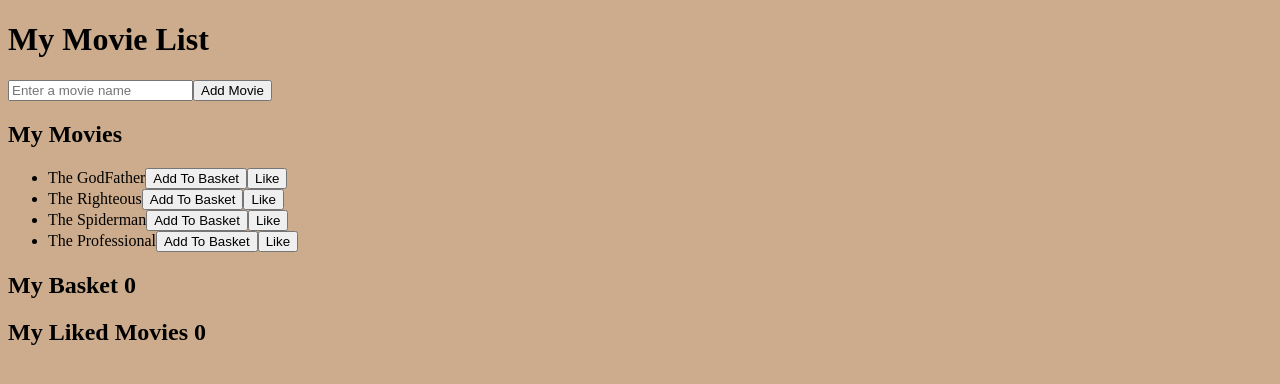
Repository: sinchana-p-iVoyant/redux-movie-store
Page: /
These files come from the project's save history. The page is drawn as it stood at one moment and after the next save; the edit follows.
The browser window is 1280 px wide. The pictures show the whole page.
The project was rebuilt for these pictures with package versions that can differ from the ones it lists, and the page was loaded fresh each time. Also part of the build but not shown: vite.config.ts.

Above is the page before, as saved 2024-02-15 12:06:50.

### index.html
<!doctype html>
<html lang="en">
  <head>
    <meta charset="UTF-8" />
    <link rel="icon" type="image/svg+xml" href="/vite.svg" />
    <meta name="viewport" content="width=device-width, initial-scale=1.0" />
    <title>Redux Movie Store</title>
  </head>
  <body>
    <div id="root"></div>
    <script type="module" src="/src/main.tsx"></script>
  </body>
</html>

### src/main.tsx
import React from 'react'
import ReactDOM from 'react-dom/client'
import App from './App.tsx'
// import './index.css'
import store from './store/index';
import { Provider } from 'react-redux'


ReactDOM.createRoot(document.getElementById('root')!).render(
  <React.StrictMode>
    <Provider store={store}>
      <App />
    </Provider>
  </React.StrictMode>,
)

### src/App.tsx
import { useState } from "react";
// import './App.css'
import { useSelector, useDispatch } from "react-redux";
import {Movie} from './store/index'
import {Card, CardComponent, CardActions, Button, Typography} from '@mui/material'
import { Favorite, FavoriteBorder, AddShoppingCart, RemoveShoppingCart } from "@mui/icons-material";
import './App.css'

const App = () => {
  const [movieTitle, setMovieTitle] = useState("");

  // 🔥 a. To Trigger from UI.
  const dispatch = useDispatch();

  // 🔥 b. To update the UI, based on state updates in the store.

  // movies state (array)
  // const movies = useSelector(state => state.movies)
  // ------> return value: state.movies

  // Note:
  // The function passed to `useSelector` selects a slice of the state that we are interested in.
  // The function parameter specifies the `structure` of the Redux state object.
  // It's `type` annotated in TypeScript to ensure the type safety.
  // specifying the structure of the Redux state object using TypeScript type annotations enhances code quality, readability, and maintainability while providing additional safety checks and tooling support during development.

  const movies = useSelector(
    (state : {
      movies: { title: string; liked: boolean; inBasket: boolean }[];
    }) => state.movies
  );

  // const basket = useSelector((state) => state.basket);
  const basket = useSelector((state: { basket: string[] }) => state.basket);

  // const likedMovies = useSelector((state) => state.likedMovies);
  const likedMovies = useSelector((state: { likedMovies: string[] }) => state.likedMovies);


  // 4. Action Creator
  const handleAddMovie = () => {
    const newMovie = {
      title: movieTitle,
      inBasket: false,
      liked: false
    }
    dispatch({ type: "ADD_MOVIE", payload: newMovie });
    setMovieTitle(""); // Reset back to Empty String
  };

  const handleAddToBasket = (movie: string) => {
    dispatch({ type: "ADD_TO_BASKET", payload: movie });
  };
  const handleAddToLikedMovies = (movie: string) => {
    dispatch({ type: "ADD_TO_LIKED_MOVIE", payload: movie });
  };

  return (
    <div className="container">
      <div>
        <h1>My Movie List</h1>
      </div>
      <div>
        <input
          type="text"
          placeholder="Enter a movie name"
          value={movieTitle}
          onChange={(e) => setMovieTitle(e.target.value)}
        />
        <button onClick={handleAddMovie}>Add Movie</button>
      </div>
      <div>
        <h2>My Movies</h2>
        <ul>
          {movies.map((movie: Movie, index) => (
            <li key={index}>
              {movie.title}
              <button onClick={() => handleAddToBasket(movie.title)}>
                {movie.inBasket ? "Remove From Basket" : "Add To Basket"}
              </button>
              <button onClick={() => handleAddToLikedMovies(movie.title)}>
                {movie.liked ? "Dislike" : "Like"}
              </button>
            </li>
          ))}
        </ul>
      </div>
      <div>
        <h2>My Basket {basket.length}</h2>
        <ul>
          {basket.map((basket, index) => (
            <li key={index}>{basket}</li>
          ))}
        </ul>
      </div>
      <div>
        <h2>My Liked Movies {likedMovies.length}</h2>
        <ul>
          {likedMovies.map((likedMovie, index) => (
            <li key={index}>{likedMovie}</li>
          ))}
        </ul>
      </div>
    </div>
  );
};

export default App;

// 1. Save the new movie in the local state.
// 2. Add the new movie in local state to the Store.
// 3. Fetch the movies array, from the store

// 3. a. To display in - My Basket & My Liked Movies

### src/store/index.tsx
import { createStore } from "redux";

export type Movie = {
    title: string,
    inBasket: boolean,
    liked: boolean
}

export type State = {
    movies: Movie[],
    basket: string[],
    likedMovies: string[]
}

type Action =
  | { type: "ADD_MOVIE"; payload: Movie } |
    { type: 'ADD_TO_BASKET', payload: string } |
    { type: "ADD_TO_LIKED_MOVIE", payload: string };

// InitialState
const initialState: State = {
    movies: [
      {title: 'The GodFather', inBasket: false, liked: false},
      {title: 'The Righteous', inBasket: false, liked: false},
      {title: 'The Spiderman', inBasket: false, liked: false},
      {title: 'The Professional', inBasket: false, liked: false},
    ],
    basket: [],
    likedMovies: []
}

// Reducers - Make Immutable Updates
const reducer = (state: State = initialState, action: Action): State => {
  switch (action.type) {
    case 'ADD_MOVIE':
      return {
        ...state,
        movies: [...state.movies, action.payload]
      }
    case 'ADD_TO_BASKET':
      return {
        ...state,
          movies: state.movies.map(movie => movie.title === action.payload ? {...movie, inBasket: !movie.inBasket } : movie),
        basket: state.basket.includes(action.payload) ? state.basket.filter(movie => movie !== action.payload) : [...state.basket, action.payload]
      }
    case 'ADD_TO_LIKED_MOVIE':
      return {
        ...state,
        movies: state.movies.map(movie => movie.title === action.payload ? {...movie, liked: !movie.liked} : movie) ,
        likedMovies: state.likedMovies.includes(action.payload) ? state.likedMovies.filter(movie => movie !== action.payload) :  [...state.likedMovies, action.payload]
      }
    default:
      return state
  }
}

// Store
const store = createStore(reducer)
export default store

// 1. State
// 2. Reducer
// 3. Store

### src/App.css
body {
  background-color: #ccac8c;
}




















/* #root {
  max-width: 1280px;
  margin: 0 auto;
  padding: 2rem;
  text-align: center;
} */

/*
.logo {
  height: 6em;
  padding: 1.5em;
  will-change: filter;
  transition: filter 300ms;
}
.logo:hover {
  filter: drop-shadow(0 0 2em #646cffaa);
}
.logo.react:hover {
  filter: drop-shadow(0 0 2em #61dafbaa);
}

@keyframes logo-spin {
  from {
    transform: rotate(0deg);
  }
  to {
    transform: rotate(360deg);
  }
}

@media (prefers-reduced-motion: no-preference) {
  a:nth-of-type(2) .logo {
    animation: logo-spin infinite 20s linear;
  }
}

.card {
  padding: 2em;
}

.read-the-docs {
  color: #888;
} */

/* ------------------------- */

After the next save:
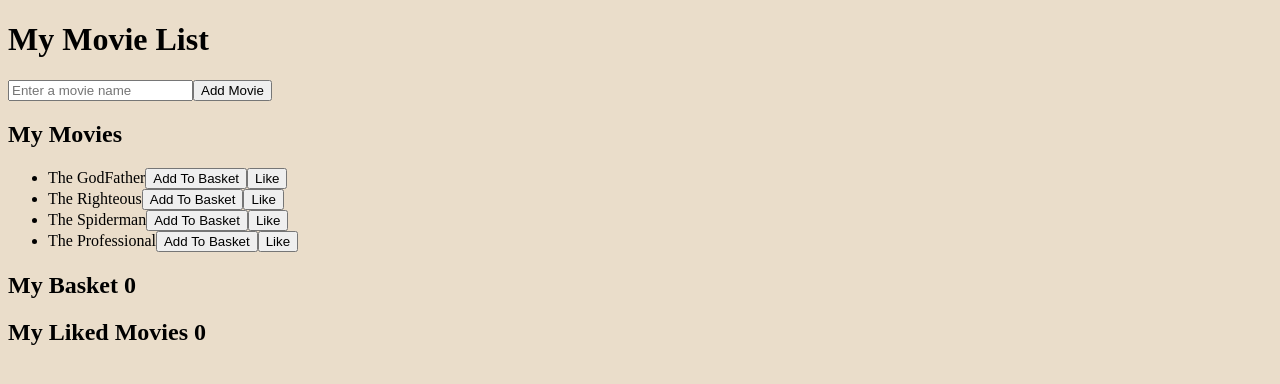
Saved 4 s later.
--- a/src/App.css
+++ b/src/App.css
@@ -1,5 +1,5 @@
 body {
-  background-color: #ccac8c;
+  background-color: #EADDCA;
 }
 
 
